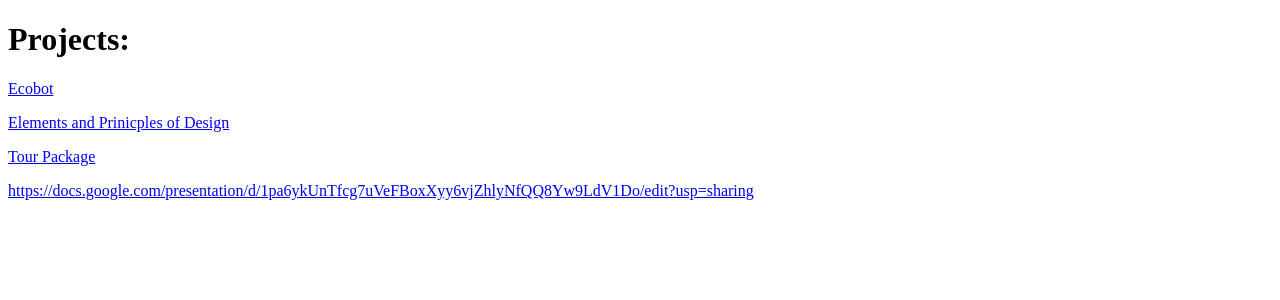
Repository: Isaakwashere/isaakwashere.github.io
Page: Engineering.html
The author's editor kept a record of every edit. The page is drawn from the files as they stood at one moment, then again after the next edit.
The browser window is 1280 px wide. The pictures show the whole page.

Above is the page before.

After the next edit:
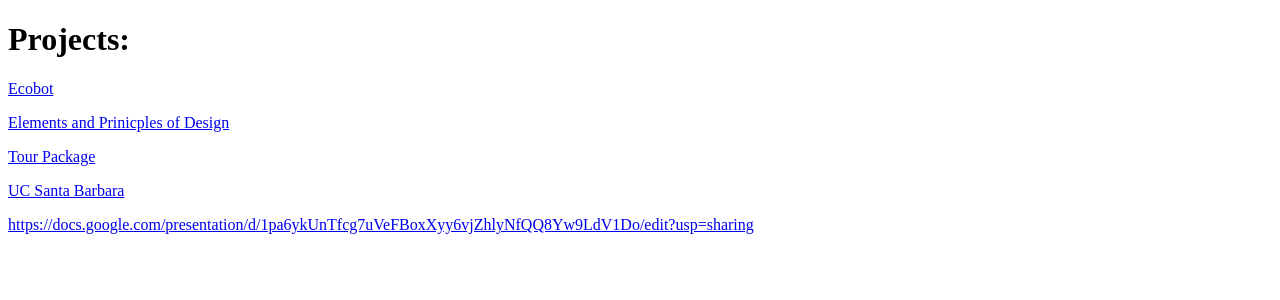
The edit:
--- a/Engineering.html
+++ b/Engineering.html
@@ -14,7 +14,7 @@
 <p><a href="https://docs.google.com/presentation/d/1irt5dnKneLoVGd2yoK8-gBGLSylWtcAEDHAbf8LmWoI/edit?usp=sharing">Ecobot</p>
 <p><a href="https://docs.google.com/presentation/d/1wepdQ0bacTV4cJ4aJ8e1kTLoSTlpQWKPpgdMPeGiRps/edit?usp=sharing">Elements and Prinicples of Design</p>
 <p><a href="https://docs.google.com/presentation/d/1hZJwYE7jcSohbu5sDGKSBtSTNjA1F23f-AlgqCniRi4/edit?usp=sharing">Tour Package </p>
-
+<p><a href="https://docs.google.com/presentation/d/1pa6ykUnTfcg7uVeFBoxXyy6vjZhlyNfQQ8Yw9LdV1Do/edit?usp=sharing">UC Santa Barbara </p>
 
 
 </body>
